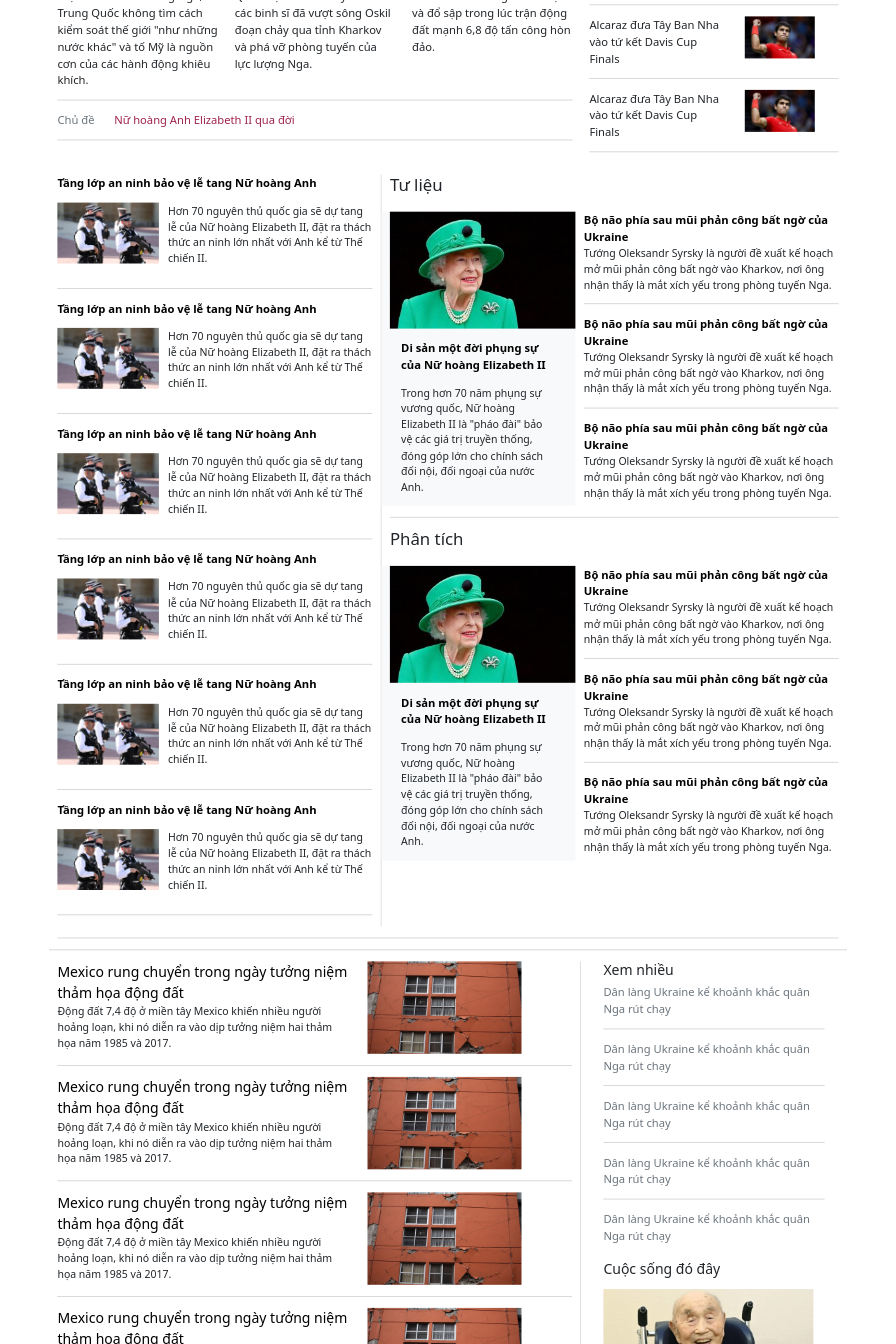
Repository: trongtamdev/lession1_html_sleepcloud
Page: vnExpress.html
The author's editor kept a copy of each file at every save. The page is drawn from the files as they stood at one save, then again after a run of saves.
The browser window is 1280 px wide. The pictures show the part of the page from y = 428 to 2348 px (the page is 2708 px tall before and 2987 px after), at 70% of full size.

Above is the page before, as saved 2022-09-20 15:40:49.

After the next 2 saves:
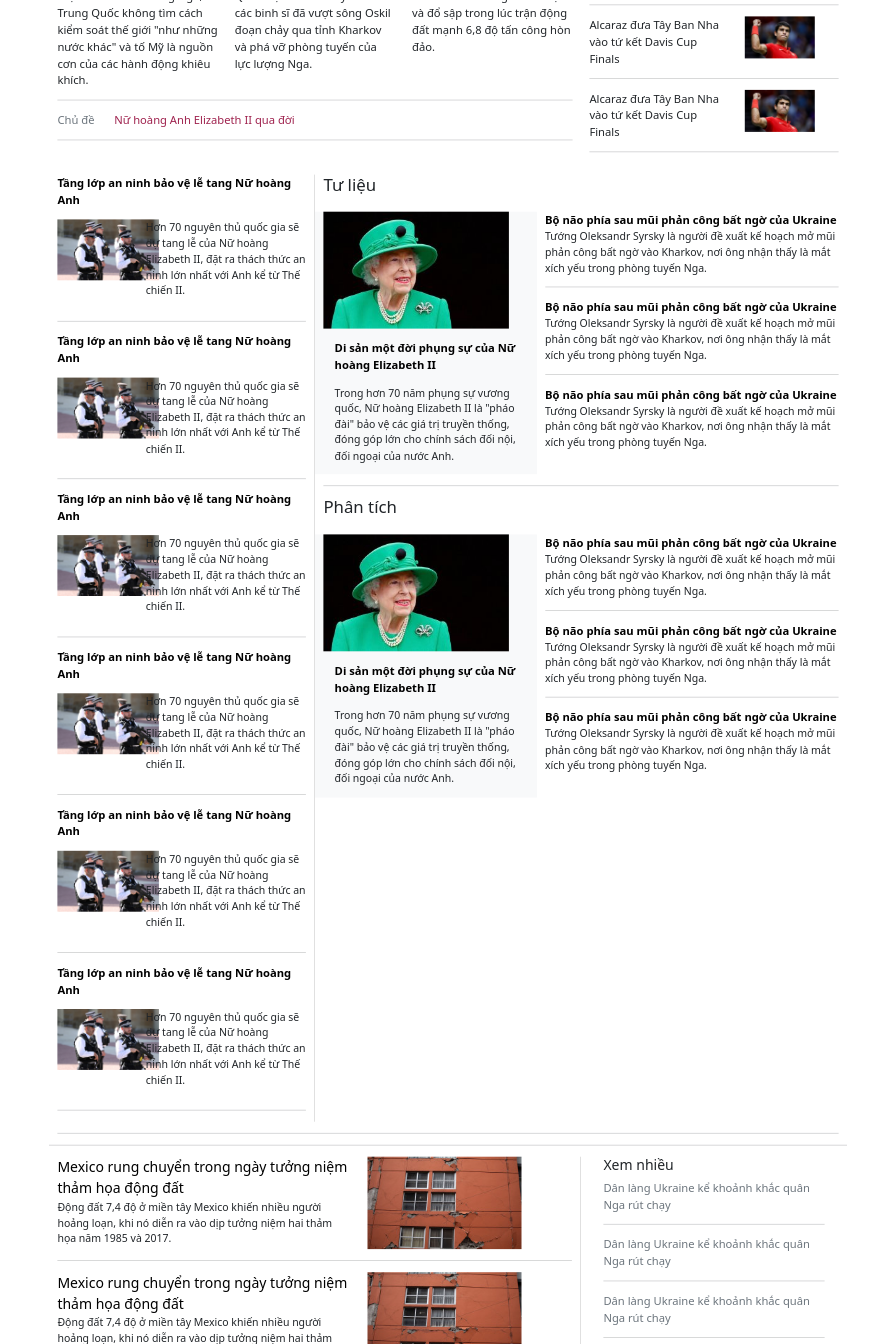
The 2 saves are shown as one change because they came seconds apart.
The last was saved 26 s later.
--- a/vnExpress.html
+++ b/vnExpress.html
@@ -136,7 +136,7 @@
       </div>
       <!-- END: Spotlight-->
       <div class="row mt-3">
-        <div class="col-lg-5 border-right">
+        <div class="col-lg-4 border-right">
           <div class="row">
             <a class="title-post mb-3" href="#">
               <b>Tầng lớp an ninh bảo vệ lễ tang Nữ hoàng Anh</b>
@@ -247,7 +247,7 @@
           <hr />
         </div>
         <!--END: SIDE CONTENT 5-->
-        <div class="col-lg-7">
+        <div class="col-lg-8">
           <div class="row">
             <h4>Tư liệu</h4>
             <div class="col-5 bg-light mt-3">

After the 2 saves that followed:
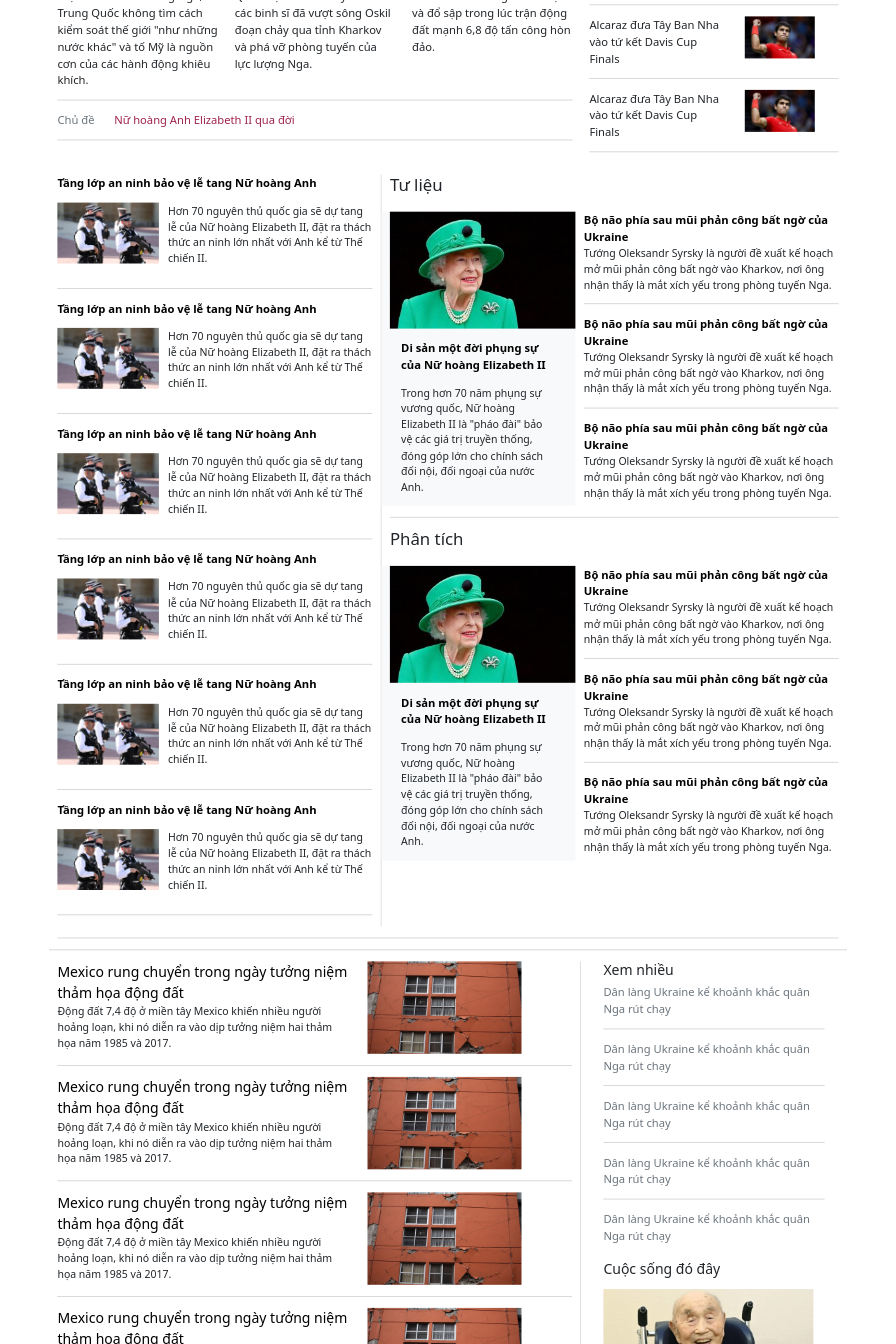
The 2 saves are shown as one change because they came seconds apart.
The last was saved 7 s later.
--- a/vnExpress.html
+++ b/vnExpress.html
@@ -136,7 +136,7 @@
       </div>
       <!-- END: Spotlight-->
       <div class="row mt-3">
-        <div class="col-lg-4 border-right">
+        <div class="col-lg-5 border-right">
           <div class="row">
             <a class="title-post mb-3" href="#">
               <b>Tầng lớp an ninh bảo vệ lễ tang Nữ hoàng Anh</b>
@@ -247,7 +247,7 @@
           <hr />
         </div>
         <!--END: SIDE CONTENT 5-->
-        <div class="col-lg-8">
+        <div class="col-lg-7">
           <div class="row">
             <h4>Tư liệu</h4>
             <div class="col-5 bg-light mt-3">
